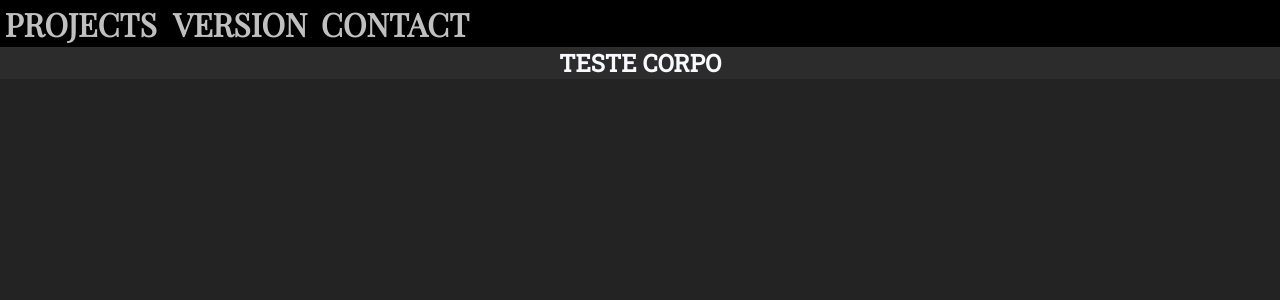
Repository: danieltrancozo/danieltrancozo.github.io
Page: index.html
These files come from the project's save history. The page is drawn as it stood at one moment and after the next save; the edit follows.
The browser window is 1280 px wide. The pictures show the whole page.

Above is the page before, as saved 2021-05-04 23:01:23.

### index.html
<!DOCTYPE html>
<meta charset="UFT-8">
<meta name="lenguage" content="pt-br">
<meta name="autor" content="Daniel Trancozo Vianna">
<meta name="description" content="Portifolio de Desenvolvedor Web">
<meta name="keywords" content="HTML, CSS, JS, web development, portifolio">
<html>

<head>
    <title>Minha P&aacutegina</title>
    <link rel="stylesheet" type="text/css" href="css/estilo3.css">
    <link rel="preconnect" href="https://fonts.gstatic.com">
    <link href="https://fonts.googleapis.com/css2?family=Playfair+Display&family=Roboto+Slab&display=swap" rel="stylesheet">
    <script>
    </script>
</head>
<body>
    <div class="container">
        <div class="cab">
            <h1 style="text-transform: uppercase;">
                <table class="menu">
                    <tr>
                        <td>projects</td>
                        <td>version</td>
                        <td>contact</td>
                    </tr>
                </table>
            </h1>
        </div>
        <div class="corp">
            <h2 style="text-transform: uppercase;">teste corpo</h2>
        </div>
    </div>
    <div class="t2"></div>
</body>
</html>

### css/estilo3.css
@import url('https://fonts.googleapis.com/css2?family=Playfair+Display&family=Roboto+Slab&display=swap');
* {
    margin: 0;
    padding: 0;
}
body{
    background-color: rgba(0, 0, 0, 0.863);
    color: antiquewhite;
    text-align: center;
}
.container{
    background-color: transparent;
    display: flex;
    flex-direction: column;
}
.cab{
    background-color: black;
    color: silver;
    font-family: 'Playfair Display', serif;
    height: 10%;
}
.corp{
    background-color: rgb(44, 44, 44);
    color: ghostwhite;
    font-family: 'Roboto Slab', serif;
    height: 90%;
}
.t2{
    background-color: transparent;
    width: 100%;
    height: 100%;
    visibility: hidden;
}
.manu{
    text-align: center;
    border-color: transparent;
}
td{
    width: 34%;
}

After the next save:
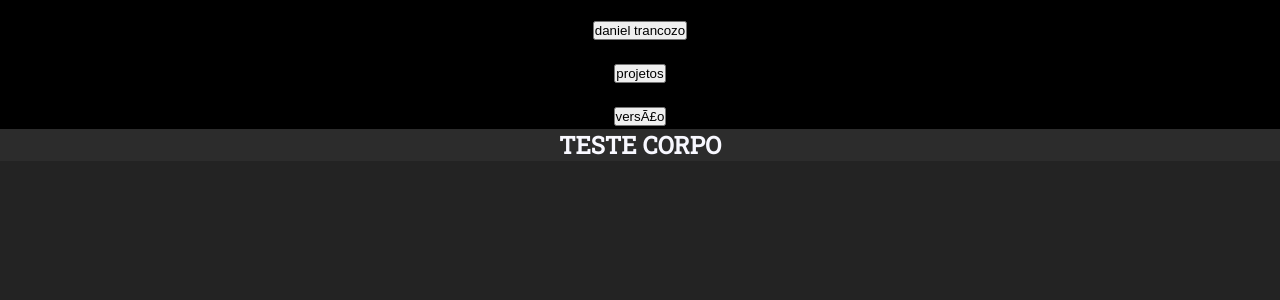
Saved 10 min 4 s later.
--- a/index.html
+++ b/index.html
@@ -18,13 +18,13 @@
     <div class="container">
         <div class="cab">
             <h1 style="text-transform: uppercase;">
-                <table class="menu">
-                    <tr>
-                        <td>projects</td>
-                        <td>version</td>
-                        <td>contact</td>
-                    </tr>
-                </table>
+                <nav class="menu">
+                    <ul>
+                        <li><button>daniel trancozo</button></li>
+                        <li><button>projetos</button></li>
+                        <li><button>versão</button></li>
+                    </ul>
+                </nav>
             </h1>
         </div>
         <div class="corp">
